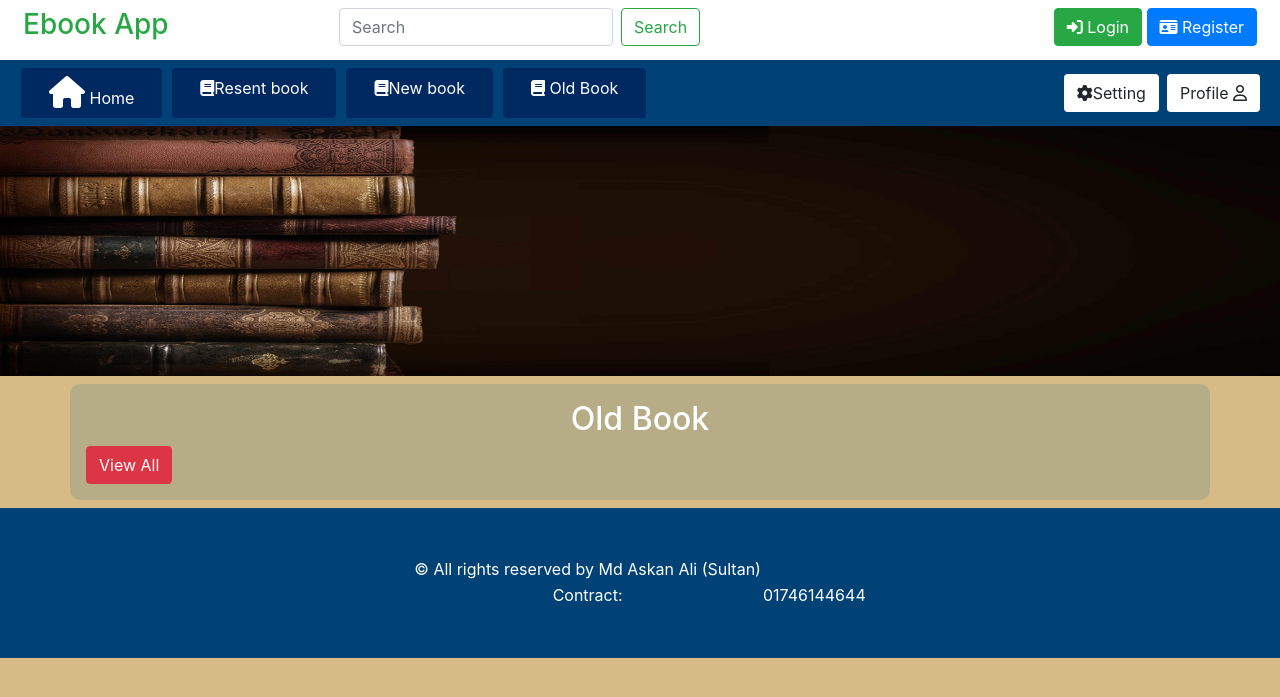
Repository: sultanaskan/EbookApp
Page: http://localhost/ebook/oldbook.jsp
The author's editor kept a copy of each file at every save. The page is drawn from the files as they stood at one save, then again after the next save.
The browser window is 1280 px wide. The pictures show the whole page.
The page is served by Tomcat 9. Queries for data that is not in the repository find no rows.

Above is the page before, as saved 2024-05-06 07:19:44.

After the next save:
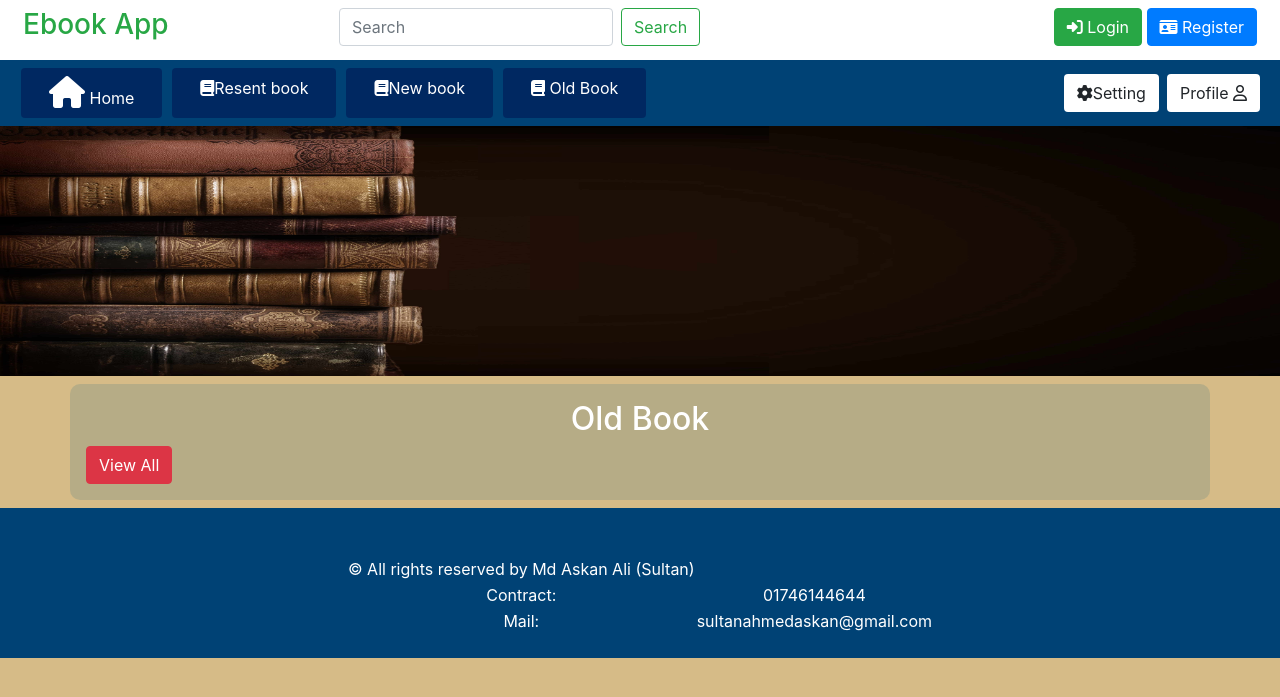
Saved 45 s later.
--- a/ebook/src/main/webapp/components/footer.jsp
+++ b/ebook/src/main/webapp/components/footer.jsp
@@ -10,6 +10,10 @@
 		<td>Contract: </td>
 		<td>01746144644</td>
 		</tr>
+		<tr>
+		<td>Mail: </td>
+		<td>sultanahmedaskan@gmail.com</td>
+		</tr>
 		</table>
 	</div>
 </div>
